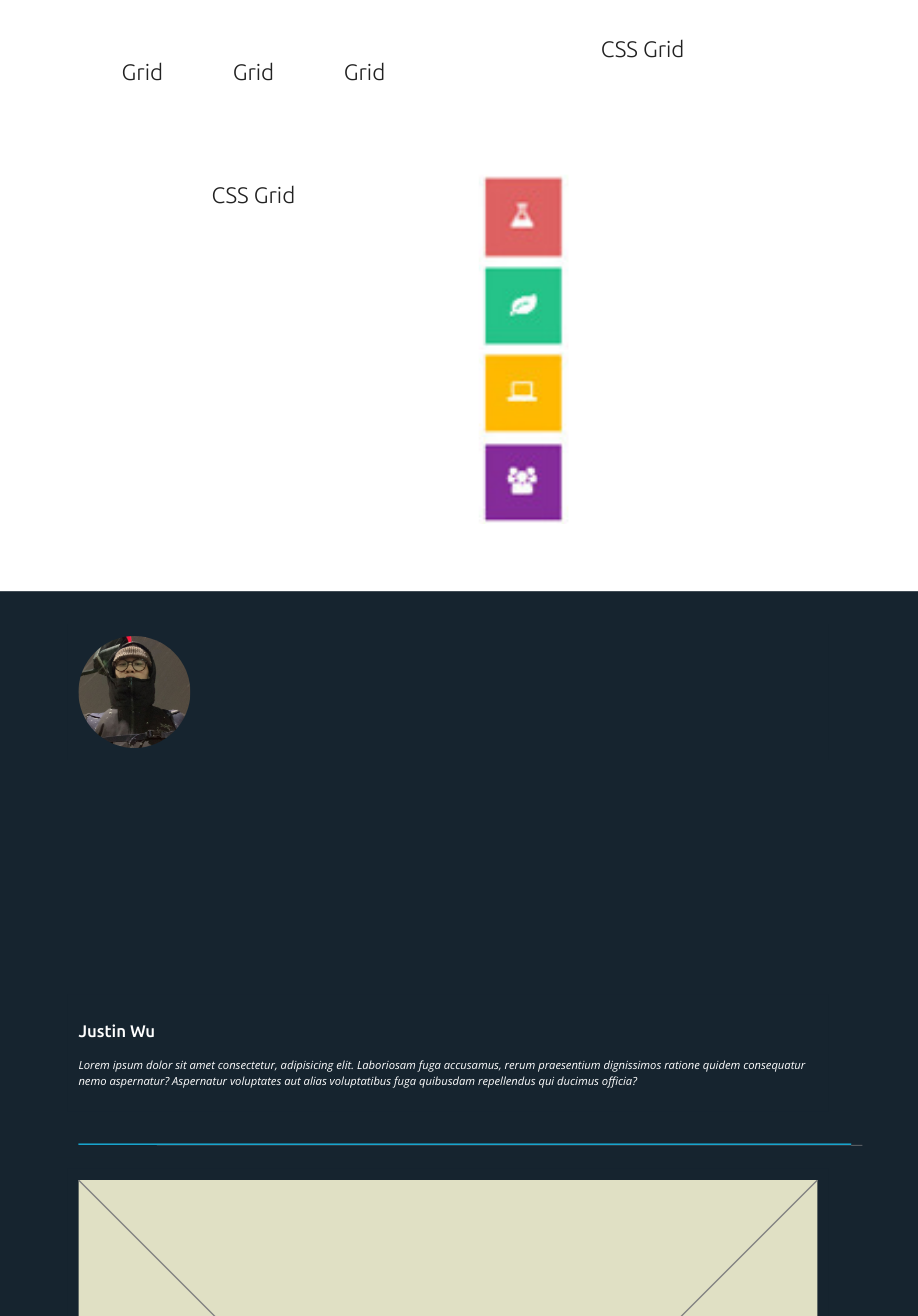
Repository: justinweiyungwu/week4project1v2
Page: cssgrid/index.html
An editor plug-in stored every save of this project. The page is shown before and after the next save, followed by the edit.
The browser window is 1280 px wide. The page is 1312 px wide, so the pictures cover 1312 px, including what lies to the right of the window. The pictures show the part of the page from y = 2292 to 4172 px (the page is 11758 px tall before and 11446 px after), at 70% of full size.

Above is the page before, as saved 2023-02-03 15:13:28.

### cssgrid/index.html
<!doctype html>
<html class="no-js" lang="en">

<head>
    <meta charset="utf-8">
    <title>Metrolics: Justin, Kyle, Jacob</title>
    <meta name="description" content="">
    <meta name="viewport" content="width=device-width, initial-scale=1">

    <link rel="manifest" href="site.webmanifest">
    <link rel="apple-touch-icon" href="icon.png">
    <!-- Place favicon.ico in the root directory -->

    <!-- Google Fonts used in Metrolics layout -->
    <link rel="preconnect" href="https://fonts.googleapis.com">
    <link rel="preconnect" href="https://fonts.gstatic.com" crossorigin>
    <link
        href="https://fonts.googleapis.com/css2?family=Open+Sans:ital,wght@0,400;0,700;1,400&family=Ubuntu:ital,wght@0,300;0,500;1,300&display=swap"
        rel="stylesheet">

    <link rel="stylesheet" href="css/normalize.css">
    <link rel="stylesheet" href="css/main.css">

    <meta name="theme-color" content="#fafafa">
</head>

<body>
    <header>
        <div class="navbar">
            <div class="item1">
                <h1>Metrolics</h1>
            </div>
            <div class="item2">
                <img class="menu" src="img/burger.png" alt="menu">
            </div>


        </div>


    </header>
    <div class="top row-col-container">
        <div class="row">
            <div class="col">
                <h1 class="top-rol-col-text">Hello guys!
                    This is the Metrolics theme. It sports a responsive layout with a mobile layout.
                </h1>
            </div>
        </div>
    </div>
    <div class="s-hide m-hide">
        <div class="row">
            <div class="col">
                <h1>CSS Grid</h1>
            </div>
        </div>
    </div>
    <div class="top title-container">
        <h1 class="top-title">Things That We Do</h1>
        <p>Ask us what we can do for you</p>
    </div>
    <div class="middle row-col-container">
        <div class="row m-col-2 l-col-4">
            <div class="col">

                <img src="img/Web-Solution-Icon.png" alt="">
            </div>
            <div class="col">
                <img src="img/Photography-Icon.png" alt="">
            </div>
            <div class="col">
                <img src="img/Web-Development-Icon.png" alt="">
            </div>
            <div class="col">
                <img src="img/Web-Design-Icon.png" alt="">
            </div>
        </div>
    </div>

    <div class="title-container">
        <h1 class="middle-title">What's Up Lately?</h1>
        <p>Read up on our latest work</p>
    </div>

<div class="row m-col-2 l-col-3">
    <div class="sml-photo col">
        <img src="img/Dj-Deck.png" alt="image">
        <div class="row-bottom-col">
            <div class="left-text">
                <h2>Sample Photo Post</h2>
                <p>Photography</p>
            </div>
            <div class="right-box">
                <img src="img/camera.png" alt="image">
            </div>
        </div>
    </div>
    <div class="sml-photo col">
        <img src="img/Dj-Deck.png" alt="image">
        <div class="row-bottom-col">
            <div class="left-text">
                <h2>Sample Photo Post</h2>
                <p>Photography</p>
            </div>
            <div class="right-box">
                <img src="img/camera.png" alt="image">
            </div>
        </div>
    </div>
    <div class="sml-photo col">
        <img src="img/Dj-Deck.png" alt="image">
        <div class="row-bottom-col">
            <div class="left-text">
                <h2>Sample Photo Post</h2>
                <p>Photography</p>
            </div>
            <div class="right-box">
                <img src="img/camera.png" alt="image">
            </div>
        </div>
    </div>

    <div class="sml-photo mission col">
        <img src="img/mission.jpg" alt="image">
        <div class="row-bottom-col">
            <div class="left-text">
                <h2>Sample Photo Post</h2>
                <p>Photography</p>
            </div>
            <div class="right-box">
                <img src="img/camera.png" alt="image">
            </div>
        </div>
    </div>
</div>
        <div class="title-container">
            <h1>Our Latest Projects</h1>
            <p>Cilent happy? We are happy.</p>
        </div>

    <div class="row m-col-2 l-col-3">
    <div class="sml-photo col">
        <img src="img/Dj-Deck.png" alt="image">
        <div class="row-bottom-col">
            <div class="left-text">
                <h2>Sample Photo Post</h2>
                <p>Photography</p>
            </div>
            <div class="right-box">
                <img src="img/camera.png" alt="image">
            </div>
        </div>
    </div>
    <div class="sml-photo col">
        <img src="img/Dj-Deck.png" alt="image">
        <div class="row-bottom-col">
            <div class="left-text">
                <h2>Sample Photo Post</h2>
                <p>Photography</p>
            </div>
            <div class="right-box">
                <img class="icon" src="img/camera.png" alt="image">
            </div>
        </div>
    </div>


    <div class="sml-photo col">
        <img src="img/Dj-Deck.png" alt="image">
        <div class="row-bottom-col">
            <div class="left-text">
                <h2>Sample Photo Post</h2>
                <p>Photography</p>
            </div>
            <div class="right-box">
                <img src="img/camera.png" alt="image">
            </div>
        </div>
    </div>


    <div class="sml-photo col">
        <img src="img/Dj-Deck.png" alt="image">
        <div class="row-bottom-col">
            <div class="left-text">
                <h2>Sample Photo Post</h2>
                <p>Photography </p>
            </div>
            <div class="right-box">
                <img src="img/camera.png" alt="image">
            </div>
        </div>
    </div>



    <div class="sml-photo col">
        <img src="img/Dj-Deck.png" alt="image">
        <div class="row-bottom-col">
            <div class="left-text">
                <h2>Sample Photo Post</h2>
                <p>Photography</p>
            </div>
            <div class="right-box">
                <img src="img/camera.png" alt="image">
            </div>
        </div>
    </div>
    <div class="sml-photo col">
        <img src="img/Dj-Deck.png" alt="image">
        <div class="row-bottom-col">
            <div class="left-text">
                <h2>Sample Photo Post</h2>
                <p>Photography</p>
            </div>
            <div class="right-box">
                <img src="img/camera.png" alt="image">
            </div>
        </div>
    </div>
    </div>
    </div>
</div>


    <div class="bottom">
        <div class="row m-col-3 l-col-2">
            <div class="col m-row-span">
                <div class="grid m-col-3">
                    <div class="col">
                        <h1>Grid</h1>
                    </div>
                    <div class="col">
                        <h1>Grid</h1>
                    </div>
                    <div class="col">
                        <h1>Grid</h1>
                    </div>

                </div>
            </div>
            <div class="col">
                <h1>CSS Grid</h1>
            </div>
            <div class="col">
                <h1>CSS Grid</h1>
            </div>
            <div class="col">
                    <div class="bottom-icons">
                        <img src="img/Potion-Icon.png">
                        <img src="img/Leaf-Icon.png">
                        <img src="img/Computer-Icon.png">
                        <img src="img/People-Icon.png">
                    </div>
            </div>
        </div>
    </div>
    <footer>
        <div class="footer-grid-container">
            <div class="top-footer-image row">
                <div class="top-footer col">
                    <img class="footer-image" src="img/me.jpg" alt="image">
                </div>
            </div>
            <div class="top-footer-info row">
                <div class="top-footer col">
                    <h2>Justin Wu</h2>
                    <p>Lorem ipsum dolor sit amet consectetur, adipisicing elit.
                        Laboriosam fuga accusamus, rerum praesentium dignissimos ratione quidem consequatur nemo
                        aspernatur? Aspernatur voluptates aut alias voluptatibus fuga quibusdam repellendus qui ducimus
                        officia?</p>
                </div>
            </div>
        </div>
        <hr class="top-footer border">
        <hr class="top-footer border1">
        <div class="mid-footer row">
            <div class="mid-footer col">
                <img src="placeholder.svg" alt="">
                <img src="placeholder.svg" alt="">
                <img src="placeholder.svg" alt="">
                <img src="placeholder.svg" alt="">
                <img src="placeholder.svg" alt="">
            </div>
            <div class="mid-footer col">
                <h2>Recent Tweets</h2>
                <hr class="title-border">
            </div>
            <div class="grid-container two">
                <div class="bottom-footer row">
                    <div class="bottom-footer col">
                        <img src="placeholder.svg" alt="">
                        <img src="placeholder.svg" alt="">
                    </div>
                </div>
                <div class="bottom-footer row">
                    <div class="bottom-footer col">
                        <p>Lorem ipsum dolor sit amet consectetur adipisicing elit. Provident fuga ad cum beatae,
                            eveniet hic incidunt commodi aperiam eligendi alias adipisci delectus quas quaerat sunt
                            accusantium dignissimos id esse possimus.</p>
                        <p>Lorem ipsum dolor sit amet consectetur adipisicing elit. Provident fuga ad cum beatae,
                            eveniet hic incidunt commodi aperiam eligendi alias adipisci delectus quas quaerat sunt
                            accusantium dignissimos id esse possimus.</p>
                    </div>
                </div>
            </div>
        </div>
    </footer>
    <script src="js/vendor/modernizr-3.11.2.min.js"></script>
    <script src="js/plugins.js"></script>
    <script src="js/main.js"></script>

</body>

</html>

### cssgrid/css/main.css
/* ==========================================================================
    [Table of contents]

    1. BASE
        1.1 Page Rendering Defaults
        1.2 Core Styling
        1.3 Typography
    2. LAYOUT
        2.1 Core Layout
        2.2 Small only
        2.3 medium and up
        2.4 Medium only
        2.5 large screens and up
        2.6 Large only
    3. MODULES
    4. STATES
    5. THEME
    6. UTILITY classes
    7. PRINT

    refer to http://smacss.com/
    ========================================================================== */


/* ==========================================================================
   BASE
   ========================================================================== */


/* 1.1 Page Rendering Defaults */

html {
    color: #222;
    font-size: 1em;
    line-height: 1.4;

}

::-moz-selection {
    background: #b3d4fc;
    text-shadow: none;
}

::selection {
    background: #b3d4fc;
    text-shadow: none;
}

hr {
    display: block;
    height: 1px;
    border: 0;
    border-top: 1px solid #ccc;
    margin: 1em 0;
    padding: 0;
}

audio,
canvas,
iframe,
img,
svg,
video {
    vertical-align: middle;
}

fieldset {
    border: 0;
    margin: 0;
    padding: 0;
}

textarea {
    resize: vertical;
}


/* 1.2 Core Styling */


/* refer to https://css-tricks.com/box-sizing/ */

*,
*:before,
*:after {
    box-sizing: border-box;
}
.bottom-icons{
width: 10rem;
}

img {
    width: 100%;
}


/* 1.3 Typgraphy */

h1,
h2,
h3,
h4,
h5,
h6 {
    font-family: Ubuntu, sans-serif;
    font-weight: 300;
    text-align: center;
}

p {
    font-family: 'Open Sans', Arial, Helvetica, sans-serif;
}
.title-container p {
    font-size: 0.9em;
    color: gray;
}

.left-text h2{
    font-size: 20px;
    font-weight: 500;
    color: #fff;
}
.left-text p{
    font-size: 14px;
    font-weight: 400;
    color: #fff;
}


.top-footer-info p {
    font-style: italic;
}
.top-footer-info h2 {
    text-align: left;
    font-weight: 400;
}
.border {
    border-color: gray;
    position: relative;
    right: -1em;
    margin-left: 9em;
    z-index: 1;

}

.border1 {
border-color: #19b2de;
margin-top: -1.2em;
margin-left: 3em;
border-width: 2px;
z-index: 2;


}
.title-border {
    border-color: red;
}

.mid-footer h2{
     text-align: left;

}

/* ==========================================================================
   2. LAYOUT
   ========================================================================== */
.menu
{
    min-width: 3em;
    max-width: 3em;
}

/* Helper to display empty layout containers*/

div,
main,
section,
footer,
header {

    min-height: 1rem;
    padding: 1rem;
}



/* 2.1 Core layout */

.row {
    display: grid;
    row-gap: 1rem;
}

.col {
    position: relative;
    background-color: rgb(255, 255, 255);
    object-fit: fill;
}
.top {
    margin-top: -4em;
    margin-bottom: -2em;
}
.title-container {
    display: grid;
text-align: center;
justify-content: center;
line-height: 0.7em;
}

.navbar {
    display: grid;
    align-items: center;
  grid-template-columns: 3fr 1fr;
  gap: 4em;

}
/*photo box*/

.sml-photo img{
    max-height: 15em;
    object-fit: cover;
}
.row-bottom-col {
    display: grid;
    grid-template-columns: 3fr 1fr;
    background-color: #19b2de;
    padding: 0%;
}

.left-text {
    display: flex;
    flex-wrap: wrap;
    align-items: flex-start;
    flex-direction: column;
line-height: 0em;
min-width: 90%;
}
.right-box {
   max-width: 6em;
}

/*end*/

/*footer*/

footer {
 display: grid;
 justify-content: center;
    background-color: #16242f;
    margin: 2em -2em -2em -2em;
    padding: 1em;
}
.footer-grid-container{
    align-items: flex-start;
    justify-content: center;
}
.top-footer-image {
    padding-bottom: 20em;
}


.footer-image {

    object-fit: cover;
    border-radius: 50%;
    min-width: 10em;
    min-height: 10em;
    max-height: 10em;
    max-width: 10em;

}
.top-footer, .mid-footer, .bottom-footer{
 background-color: #16242f;
 color: #fff;
}
/*end*/

/* 2.2 Small only */

@media screen and (max-width: 39.9375em) {

    body {
        padding: 2em;
    }
    .s-hide {
        display: none;

    }



 .grid-container {
    display: grid;
 }



       .bottom {
        display: none;
       }
     .footer-grid-container {
        display: grid;
        grid-template-columns: 0fr 1fr;
        margin-bottom: 2em;

     }
     .two {
        margin-bottom: 8rem;

     }
    }



/* 2.3 medium and up */

@media screen and (min-width: 40em) {
    .row {
        max-width: 70rem;
        column-gap: 1.5rem;
        row-gap: 1.5rem;
        margin: 0 auto;
    }
    .grid {
        display: grid;
        column-gap: 0.5rem;
        row-gap: 0.5rem;
    }
    .title-container {
        max-width: 100%;
    }
    .m-col-2 {
        grid-template-columns: 1fr 1fr;
    }
    .m-col-3 {
        grid-template-columns: repeat(3, 1fr);
    }
    .m-col-4 {
        grid-template-columns: repeat(4, 1fr);
    }
    .m-col-5 {
        grid-template-columns: repeat(5, 1fr);
    }
    .m-1-2 {
        grid-template-columns: 1fr 2fr;
    }
}


/* 2.4 Medium only */

@media screen and (min-width: 40em) and (max-width: 63.9375em) {
    .m-row-span {
        grid-column-start: 1;
        grid-column-end: -1;
    }
    .m-hide {
        display: none;
    }

}


/* 2.5 large screens and up 2.6 Large only */

@media screen and (min-width: 64em) {
    .l-col-2 {
        grid-template-columns: 1fr 1fr;
    }
    .l-col-3 {
        grid-template-columns: repeat(3, 1fr);
    }
    .l-col-4 {
        grid-template-columns: repeat(4, 1fr);
    }
    .l-col-5 {
        grid-template-columns: repeat(5, 1fr);
    }
    .l-col-6 {
        grid-template-columns: repeat(6, 1fr);
    }
    .l-row-span {
        grid-column-start: 1;
        grid-column-end: -1;
    }
    .l-hide {
        display: none;
    }
    .left-text h2 {
        font-size: 1em;
    }
    .left-text p {
        font-size: 0.7em;
    }
    .mission {
        display: none;
    }

}


/* ==========================================================================
   2. MODULES
   ========================================================================== */


/* ==========================================================================
   2. STATES
   ========================================================================== */


/* ==========================================================================
   5. THEME
   ========================================================================== */



/* ==========================================================================
   6. UTILITY classes
   ========================================================================== */


/*
 * Hide visually and from screen readers
 */

.hidden,
[hidden] {
    display: none !important;
}


/*
 * Hide only visually, but have it available for screen readers:
 * https://snook.ca/archives/html_and_css/hiding-content-for-accessibility
 *
 * 1. For long content, line feeds are not interpreted as spaces and small width
 *    causes content to wrap 1 word per line:
 *    https://medium.com/@jessebeach/beware-smushed-off-screen-accessible-text-5952a4c2cbfe
 */

.sr-only {
    border: 0;
    clip: rect(0, 0, 0, 0);
    height: 1px;
    margin: -1px;
    overflow: hidden;
    padding: 0;
    position: absolute;
    white-space: nowrap;
    width: 1px;
    /* 1 */
}


/*
 * Extends the .sr-only class to allow the element
 * to be focusable when navigated to via the keyboard:
 * https://www.drupal.org/node/897638
 */

.sr-only.focusable:active,
.sr-only.focusable:focus {
    clip: auto;
    height: auto;
    margin: 0;
    overflow: visible;
    position: static;
    white-space: inherit;
    width: auto;
}


/*
 * Hide visually and from screen readers, but maintain layout
 */

.invisible {
    visibility: hidden;
}


/*
 * Clearfix: contain floats
 *
 * For modern browsers
 * 1. The space content is one way to avoid an Opera bug when the
 *    `contenteditable` attribute is included anywhere else in the document.
 *    Otherwise it causes space to appear at the top and bottom of elements
 *    that receive the `clearfix` class.
 * 2. The use of `table` rather than `block` is only necessary if using
 *    `:before` to contain the top-margins of child elements.
 */

.clearfix::before,
.clearfix::after {
    content: " ";
    display: table;
}

.clearfix::after {
    clear: both;
}

@media print,
(-webkit-min-device-pixel-ratio: 1.25),
(min-resolution: 1.25dppx),
(min-resolution: 120dpi) {
    /* Style adjustments for high resolution devices */
}


/* ==========================================================================
   7. PRINT  styles.
   Inlined to avoid the additional HTTP request:
   https://www.phpied.com/delay-loading-your-print-css/
   ========================================================================== */

@media print {
    *,
    *::before,
    *::after {
        background: #fff !important;
        color: #000 !important;
        /* Black prints faster */
        box-shadow: none !important;
        text-shadow: none !important;
    }
    a,
    a:visited {
        text-decoration: underline;
    }
    a[href]::after {
        content: " (" attr(href) ")";
    }
    abbr[title]::after {
        content: " (" attr(title) ")";
    }
    /*
   * Don't show links that are fragment identifiers,
   * or use the `javascript:` pseudo protocol
   */
    a[href^="#"]::after,
    a[href^="javascript:"]::after {
        content: "";
    }
    pre {
        white-space: pre-wrap !important;
    }
    pre,
    blockquote {
        border: 1px solid #999;
        page-break-inside: avoid;
    }
    /*
   * Printing Tables:
   * https://web.archive.org/web/20180815150934/http://css-discuss.incutio.com/wiki/Printing_Tables
   */
    thead {
        display: table-header-group;
    }
    tr,
    img {
        page-break-inside: avoid;
    }
    p,
    h2,
    h3 {
        orphans: 3;
        widows: 3;
    }
    h2,
    h3 {
        page-break-after: avoid;
    }
}

### cssgrid/js/plugins.js
// Avoid `console` errors in browsers that lack a console.
(function() {
  var method;
  var noop = function () {};
  var methods = [
    'assert', 'clear', 'count', 'debug', 'dir', 'dirxml', 'error',
    'exception', 'group', 'groupCollapsed', 'groupEnd', 'info', 'log',
    'markTimeline', 'profile', 'profileEnd', 'table', 'time', 'timeEnd',
    'timeline', 'timelineEnd', 'timeStamp', 'trace', 'warn'
  ];
  var length = methods.length;
  var console = (window.console = window.console || {});

  while (length--) {
    method = methods[length];

    // Only stub undefined methods.
    if (!console[method]) {
      console[method] = noop;
    }
  }
}());

// Place any jQuery/helper plugins in here.

Loaded but not shown: cssgrid/css/normalize.css (library); cssgrid/js/vendor/modernizr-3.11.2.min.js (library); cssgrid/js/main.js (no stored copy; drawn as an empty file)

After the next save:
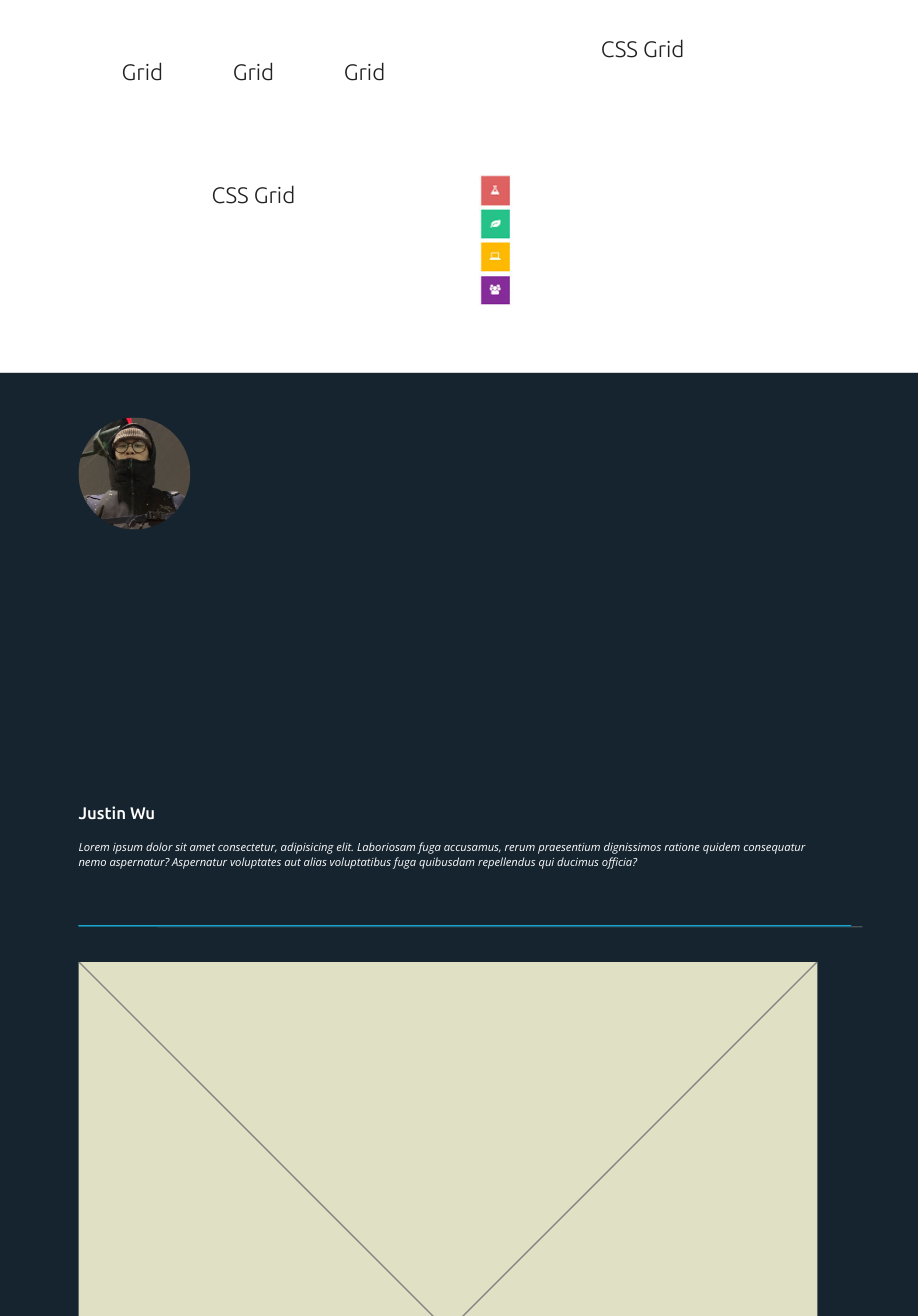
Saved 28 s later.
--- a/cssgrid/css/main.css
+++ b/cssgrid/css/main.css
@@ -86,7 +86,7 @@
     box-sizing: border-box;
 }
 .bottom-icons{
-width: 10rem;
+width: 5rem;
 }
 
 img {
